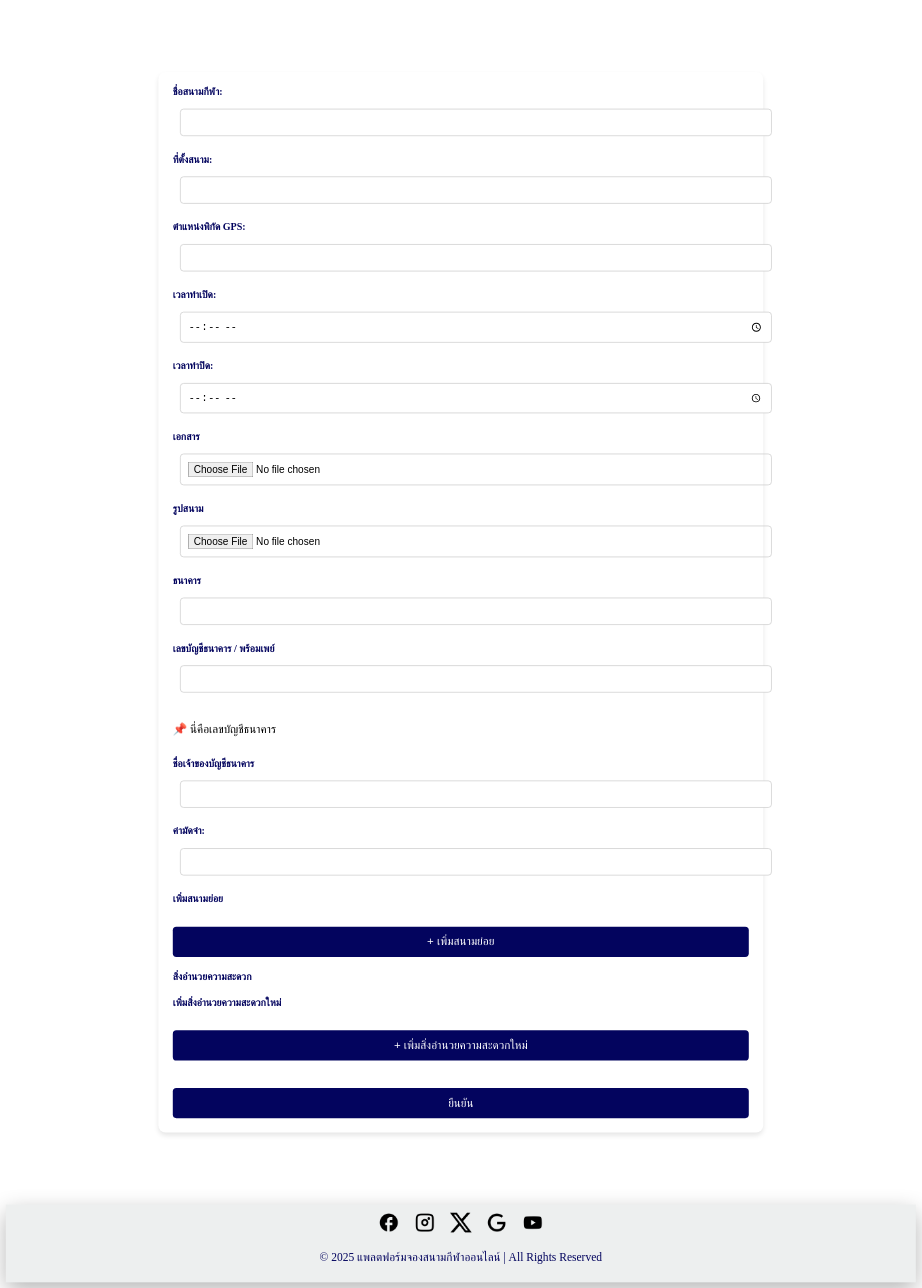
Repository: narawit101/project2
Page: /register-field (app in frontend/)
These files come from the project's save history. The page is drawn as it stood at one moment and after the next save; the edit follows.
The browser window is 1280 px wide. The pictures show the whole page, at 72% of full size.
The page's requests for data from a server got no answer. The project was rebuilt for these pictures with package versions that can differ from the ones it lists, and the page was loaded fresh each time. The framework's server and built-in components were replaced by stand-ins that run in the browser. No one was signed in, and anything a server would have sent is missing. Also part of the build but not shown: frontend/next.config.js, frontend/next.config.mjs, frontend/src/app/globals.css.

Above is the page before, as saved 2025-03-18 23:46:16.

After the next save:
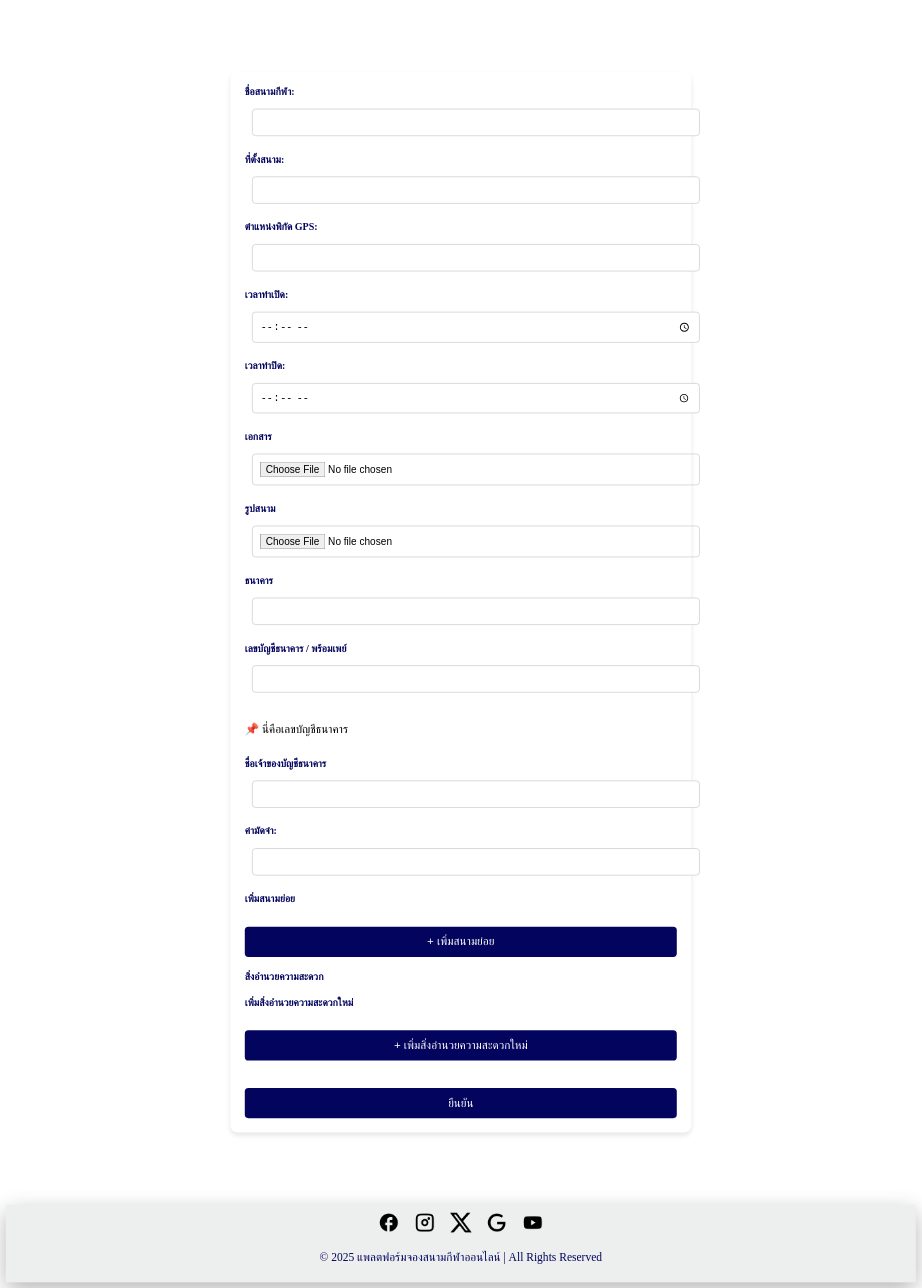
Saved 5 s later.
--- a/frontend/src/app/css/registerFieldForm.css
+++ b/frontend/src/app/css/registerFieldForm.css
@@ -4,7 +4,7 @@
 
 .contianer {
     width: 100%;
-  max-width: 800px;
+  max-width: 600px;
   margin: 100px auto;
   padding: 20px;
   background: #ffffff;
